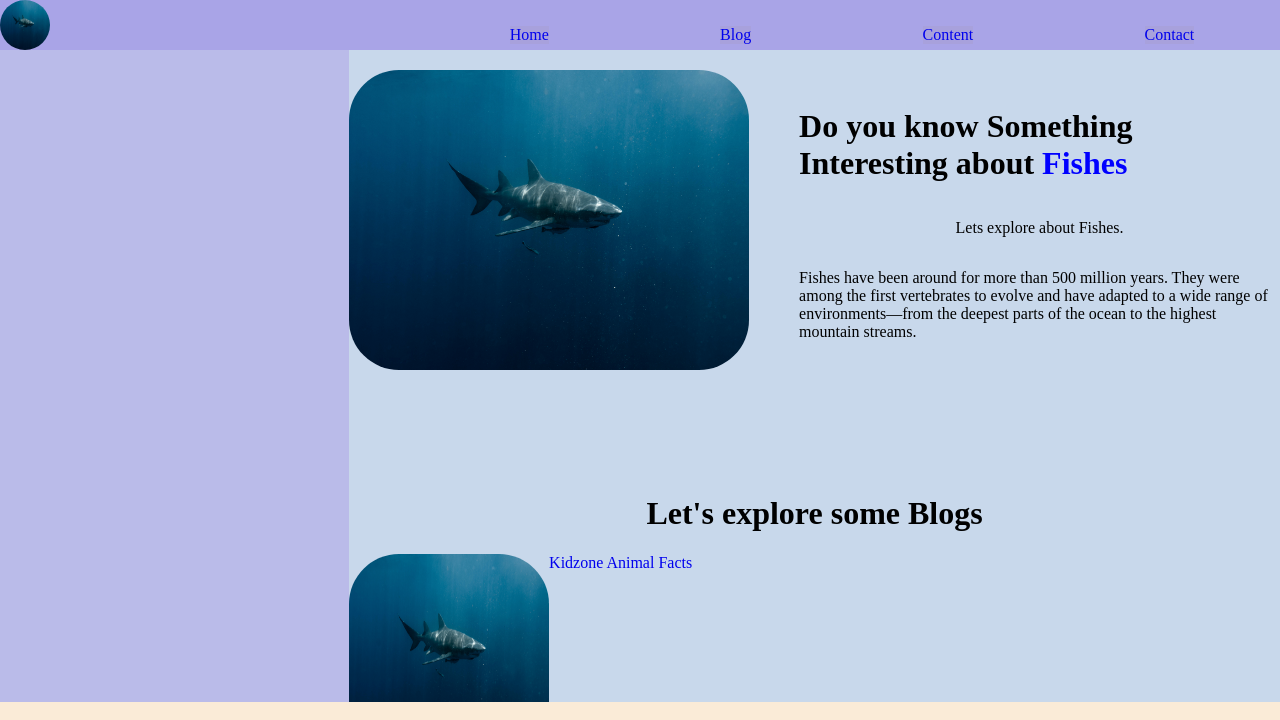
Repository: purnimapatel/fish-world
Page: index.html
These files come from the project's save history. The page is drawn as it stood at one moment and after the next save; the edit follows.
The browser window is 1280 px wide. The pictures show the whole page.
An inner scrolling area shows only its first screen.

Above is the page before, as saved 2024-08-25 16:39:37.

### index.html
<!DOCTYPE html>
<html lang="en">
<head>
    <meta charset="UTF-8">
    <meta name="viewport" content="width=device-width, initial-scale=1.0">
    <title>Document</title>
    <link  rel = "stylesheet" type = "text/css" href = "style.css"/>

    <!-- <link rel="stylesheet" type="text/css" href="styles.css"> -->

</head>
<body>
    <div class=" container">
        <div class = "navbar">
            <div id="logo">
                <a href="https://en.wikipedia.org/wiki/Fish" target=" _blank"><img  id = "img"src = "\img\image1.jpg"></a>
            </div>
            <div id = "list-content">
                <ul id="list">
                    <a href="#home"><li>Home</li></a>
                    <a href ="#blog"><li>Blog</li></a>
                    <a href="#content"><li>Content</li></a>
                    <a href="#contact"><li>Contact</li></a>
                </ul>
            </div>

        </div>
        <div class="lower">
        <div class ="leftPanel">
        </div>
        <div class = "mainBody">
            <div  class ="section" id="home">
                <div id = "header">
                </div>
               <div id = "home-content">

                <div id = "image">
                    <img  id = "mainImg"src ="img/image1.jpg">
                   </div>
                   <div id = "about">
                    <h1>Do you know Something Interesting about<span> Fishes</span></h1>
                    <p>Lets explore about Fishes.</p>
                    <p> Fishes have been around for more than 500 million years. They were among the first vertebrates to evolve and have adapted to a wide range of environments—from the deepest parts of the ocean to the highest mountain streams.</p>
                   </div>
               </div>



            </div>
            <div class ="section" id ="blog">
                <div id = "header">
                    <h1> Let's explore some Blogs</h1>
                </div>
                <div id="blog-images">


                            <a id = "list1" href="https://www.kidzone.ws/animals/fish1.htm"><img id ="img1" src="img/image1.jpg"><div>Kidzone Animal Facts</div></a>
                            <a id = "list1" href="https://www.kidzone.ws/animals/fish1.htm"><img id ="img1" src="img/image1.jpg"><div>Kidzone Animal Facts</div></a>
                            <a id = "list1" href="https://www.kidzone.ws/animals/fish1.htm"><img id ="img1" src="img/image1.jpg"><div>Kidzone Animal Facts</div></a>
                            <a id = "list1" href="https://www.kidzone.ws/animals/fish1.htm"><img id ="img1" src="img/image1.jpg"><div>Kidzone Animal Facts</div></a>
                            <a id = "list1" href="https://www.kidzone.ws/animals/fish1.htm"><img id ="img1" src="img/image1.jpg"><div>Kidzone Animal Facts</div></a>
                            <a id = "list1" href="https://www.kidzone.ws/animals/fish1.htm"><img id ="img1" src="img/image1.jpg"><div>Kidzone Animal Facts</div></a>

                    </ul>
                </div>

                </div>
                <div class ="section" id="content">
                    <div id = "header">
                        <h1> Detail about Fishes</h1>
                    </div>
                    <div id ="real-content">
                        <p>
                            A fish is an aquatic, <span>anamniotic</span>, gill-bearing <span>vertebrate</span> animal with swimming fins and a hard skull, but lacking limbs with digits. Fish can be grouped into the more basal jawless fish and the more common jawed fish, the latter including all living <span>cartilaginous</span> and bony fish, as well as the extinct <span>placoderms</span>placoderms and <span>acanthodians</span>. Most fish are cold-blooded, their body temperature varying with the surrounding water, though some large active swimmers like white shark and tuna can hold a higher core temperature. Many fish can communicate acoustically with each other, such as during courtship displays.
                        </p>

              <p>
                The earliest fish appeared during the <span>Cambrian</span> as small filter feeders; they continued to evolve through the <span>Paleozoic</span>, diversifying into many forms. The earliest fish with dedicated respiratory gills and paired fins, the <span>ostracoderms</span>, had heavy bony plates that served as protective exoskeletons against invertebrate predators. The first fish with jaws, the placoderms, appeared in the Silurian and greatly diversified during the Devonian, the "Age of Fishes".
              </p>


<p>
    Bony fish, distinguished by the presence of swim bladders and later ossified endoskeletons, emerged as the dominant group of fish after the <span>end-Devonian</span>extinction wiped out the apex placoderms. Bony fish are further divided into the lobe-finned and ray-finned fish. About 96% of all living fish species today are teleosts, a crown group of ray-finned fish that can protrude their jaws. The tetrapods, a mostly terrestrial clade of vertebrates that have dominated the top trophic levels in both aquatic and terrestrial ecosystems since the Late Paleozoic, evolved from lobe-finned fish during the Carboniferous, developing air-breathing lungs homologous to swim bladders. Despite the cladistic lineage, tetrapods are usually not considered to be fish, making "fish" a <span>paraphyletic</span> group.
</p>

<p>
    Fish have been an important natural resource for humans since prehistoric times, especially as food. Commercial and subsistence fishers harvest fish in wild fisheries or farm them in ponds or in breeding cages in the ocean. Fish are caught for recreation, or raised by fishkeepers as ornaments for private and <span>public exhibition</span> in aquaria and garden ponds. Fish have had a role in human culture through the ages, serving as deities, religious symbols, and as the subjects of art, books and movies.
</p>


                    </div>

                </div>
                <div class ="section" id="contact">
                    <div id = "header">
                        <h1>Contact US</h1>
                    </div>
                    <div id = contact-form>
                    <form>
                        <div>
                            <Label>Name</Label>
                            <div >
                                <input class = "input" id = "name" type ="text" placeholder="Enter Your name here">
                            </div>

                        </div>
                        <div>
                            <Label>Email</Label>
                            <div >
                                <input class = "input" id = "email" type ="text" placeholder="Enter Your email here">
                                <p class = "hidden" id = "para">Please enter valid email</p>
                            </div>

                        </div>
                        <div>
                            <Label>Password</Label>
                            <div >
                                <input class = "input" id = "password" type ="password" placeholder="Enter Your password here">
                            </div>

                        </div>
                        <div>
                            <Label>Confirm Password</Label>
                            <div >
                                <input class = "input" id = "cpassword" type ="password" placeholder="Re-enter Your password here">
                            </div>

                        </div>
                        <div id = "btn">
                            <input id ="sub" type ="submit" value ="Submit"onclick="validateEmail(); emptyInput();">
                            </div>


                    </form>
                    </div>

                </div>




        </div>
    </div>
    </div>
    <script src = "index.js"></script>
</body>
</html>

### style.css
body{
   margin: 0;
   padding:0;
   display: flex;
   height:100vh;
   align-items: center;
   justify-content: center;
}
.container{
    height: 100vh;
    width:100vw;
    background-color:antiquewhite;

}
.navbar{
    width:100vw;
    height:50px;
    background-color:rgb(169, 164, 231);
    margin-bottom: 0;
    display: flex;
    justify-content: space-between;

}
.lower{
    display: flex;
}
.leftPanel{
    margin-top: 0px;
    width:30%;
    height:90.5vh;
    background-color:rgb(186, 187, 233);
}
.mainBody{
    background-color:rgb(200, 216, 235);
    height: 90.5vh;
    width:80%;
    overflow: scroll;

}
#img{
    height: 50px;
    width:50px;
    background-size: cover;
    border-radius: 50px;
    cursor:pointer;

}
#img1{
    height: 200px;
    width:200px;
    background-size: cover;
    border-radius: 50px;
    cursor:pointer;

}
#list{
    display: flex;
    padding-top: 10px;
    justify-content: space-around;
}

#list li{
    cursor: pointer;
    background-color:rgba(158, 139, 139, 0.119)
}

#list-content{
    width: 70%
}
a{
    text-decoration: none;
}
li{
    list-style-type: none;
}
/* li div{
    text-align: center;
} */
#header {
    display: flex;
    justify-content: center;
    align-items:center;
}
#contact-form{
    display: flex;
    justify-content: center;
    align-items:center;
}

#btn{
    display: flex;
    justify-content: center;
    align-items:center;

}

#para{
    color:red;
}
.hidden{
    display: none;
}
.input{
    padding:10px;
    margin:5px;
    border:none;
    border-radius: 20px;
}
#sub{
    padding:10px 20px;
    margin-top: 10px;

    background-color:antiquewhite;
    color:blueviolet;
    border:none;
    border-radius: 5px;
    cursor: pointer;
}
#home-content{
    display: flex;
    margin-top: 20px;
}
#about{
    display: flex;
    justify-content: center;
    align-items: center;
    flex-direction: column;
    margin-left: 50px;
}
#blog-images a{
    display: flex;
    width: 80%;
    max-width: 1200px;
}
span{
    color:blue;
}
#home-content{
    justify-content: space-between;
}
#mainImg{
    height: 300px;
    width:400px;
    background-size: cover;
    border-radius: 50px;
}

.section{
    margin-bottom: 100px;
}

### index.js
const email = document.getElementById("email");
const password = document.getElementById("password");
const cpassword = document.getElementById("cpassword");
const message = document.getElementById("para");
let nameVal= document.getElementById("name");
let emailVal = document.getElementById("email");
let passwordVal = document.getElementById("password");
let cpasswordVal = document.getElementById("cpassword");

function validateEmail(){
    const emailFormat=/^[a-zA-Z0-9._%+-]+@[a-zA-Z0-9.-]+\.[a-zA-Z]{2,}$/;
    const val = email.value;
    if(emailFormat.test(val)){
        message.classList.add("hidden");
    }
    else{
        message.classList.remove("hidden");
    }
}
function emptyInput(){
    nameVal.value = "";
    emailVal.value="";
    passwordVal.value="";
    cpasswordVal.value = "";

}

After the next save:
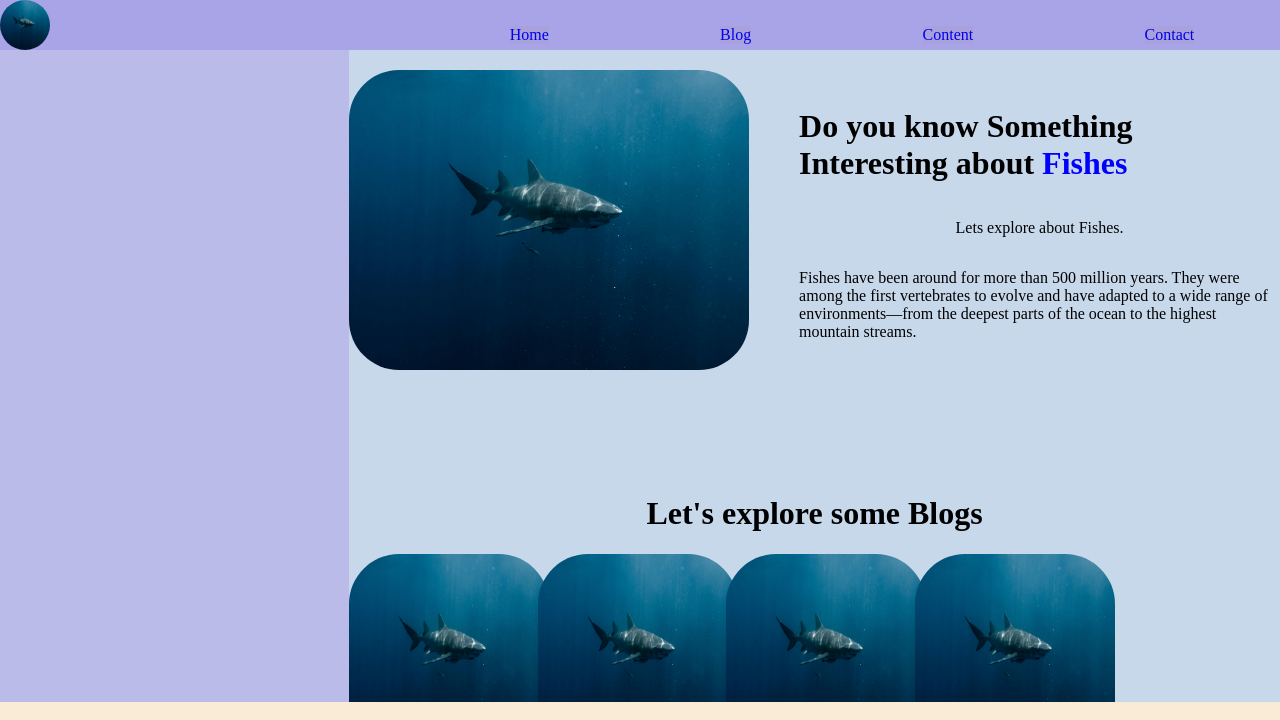
Saved 68 s later.
--- a/style.css
+++ b/style.css
@@ -127,8 +127,10 @@ li{
     flex-direction: column;
     margin-left: 50px;
 }
-#blog-images a{
-    display: flex;
+#blog-images {
+    display: grid;
+    grid-template-columns: repeat(auto-fill, minmax(150px, 1fr));
+    gap: 10px;
     width: 80%;
     max-width: 1200px;
 }
